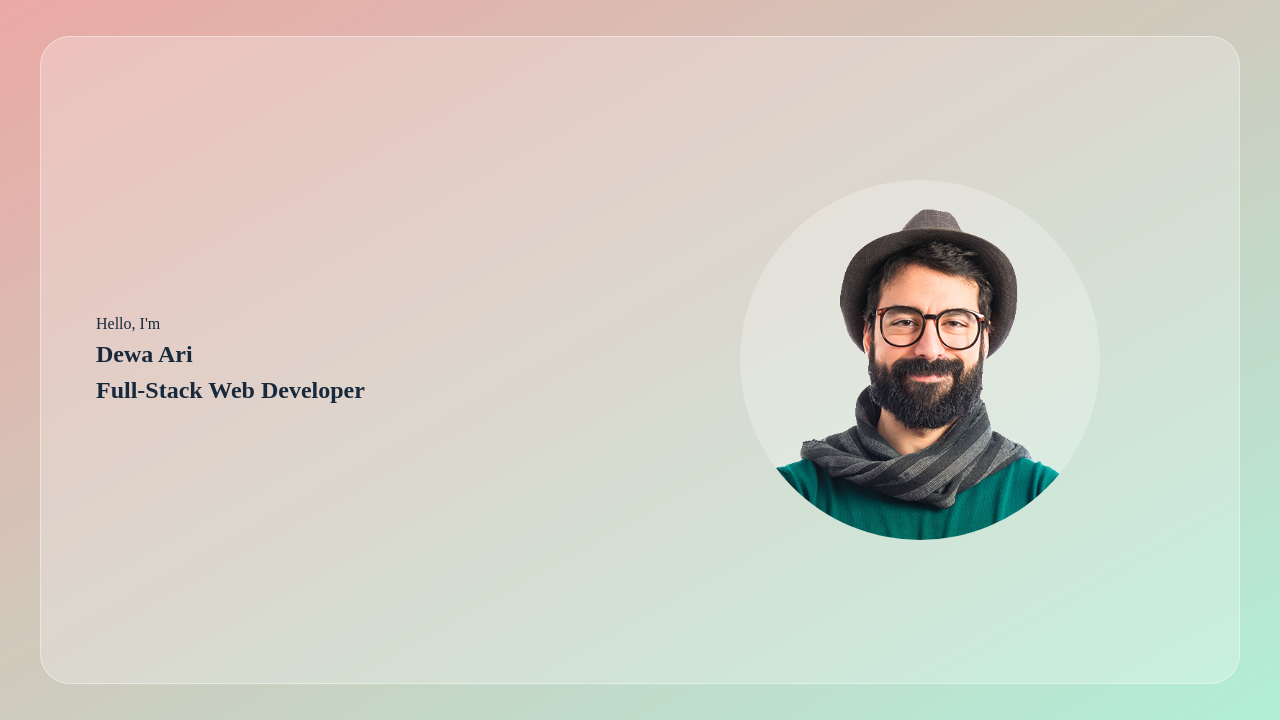
Repository: dewaary/Glassmorp-me
Page: index.html
These files come from the project's save history. The page is drawn as it stood at one moment and after the next save; the edit follows.
The browser window is 1280 px wide. The pictures show the whole page.

Above is the page before, as saved 2021-05-12 22:16:35.

### index.html
<!DOCTYPE html>
<html lang="en">
<head>
    <meta charset="UTF-8">
    <meta http-equiv="X-UA-Compatible" content="IE=edge">
    <meta name="viewport" content="width=device-width, initial-scale=1.0">
    <link rel="stylesheet" href="style.css">
    <title>Document</title>
</head>
<body>


    <div class="main">

        <section class="home-section align-items-center">
            <div class="container">
                <div class="row align-items-center">
                    <div class="home-text">
                        <p>Hello, I'm</p>
                        <h1>Dewa Ari</h1>
                        <h2>Full-Stack Web Developer</h2>
                    </div>
                    <div class="home-img">
                        <div class="img-box">
                            <img src="img/profile-img.png" alt="profile-img">
                        </div>
                    </div>
                </div>
            </div>
        </section>

    </div>

</body>
</html>

### style.css

:root{
    --main-color: #e02f6b;
    --blue: #0000ff;
    --blue-dark: #18293c;
    --orange: #ffa500;
    --green-yellow: #cddc39;
    --pink-light: #efa2b4;
    --cyan-light: #aef1ee;
    --white: #ffffff;
    --white-alpha-40: rgba(255, 255, 255, 0.40);
    --white-alpha-25: rgba(255, 255, 255, 0.25);
    --backdrop-filter-blur: blur(5px);

}

*{
    box-sizing: border-box;
    padding: 0;
    margin: 0;
    outline: none;
}

::before,
::after{
    box-sizing: border-box;
}

body {
    min-height: 100vh;
    background-image: linear-gradient(to bottom right, var(--pink-light), var(--cyan-light));
    font-size: 16px;
    color: var(--blue-dark);
    line-height: 1.5;
    overflow-x: hidden;
    -webkit-tap-highlight-color: transparent;
    padding: 5vh 15px;
}

body::before{
    content: '';
    position: fixed;
    left: 0;
    top: 0;
    height: 100%;
    width: 100%;
    background-color: var(--green-yellow);
    z-index: -1;
    opacity: 0.12;
}

img{
   max-width: 100%;
   vertical-align: middle;
}

section {
    background-color: var(--white-alpha-25);
    border: 1px solid var(--white-alpha-40);
    min-height: 90vh;
    border-radius: 30px;
}

.main{
    max-width: 1200px;
    margin: auto;
}

.row{
    display: flex;
    flex-wrap: wrap;
}

.container {
    padding: 0 40px;
    width: 100%;
}

.align-items-center{
    align-items: center;
}

/*
Home Section */

.home-section{
    display: flex;
    padding: 120px 0;
}


.home-text, .home-img{
    width: 50%;
    padding: 15px;
}

.home-img .img-box{
    max-width: 360px;
    background-color: var(--white-alpha-25);
    border-radius: 50%;
    background-color: var(--white-alpha-25);
    margin: auto;
}

.home-img .img-box img{
    width: 100%;
    border-radius: 50%;
}

After the next save:
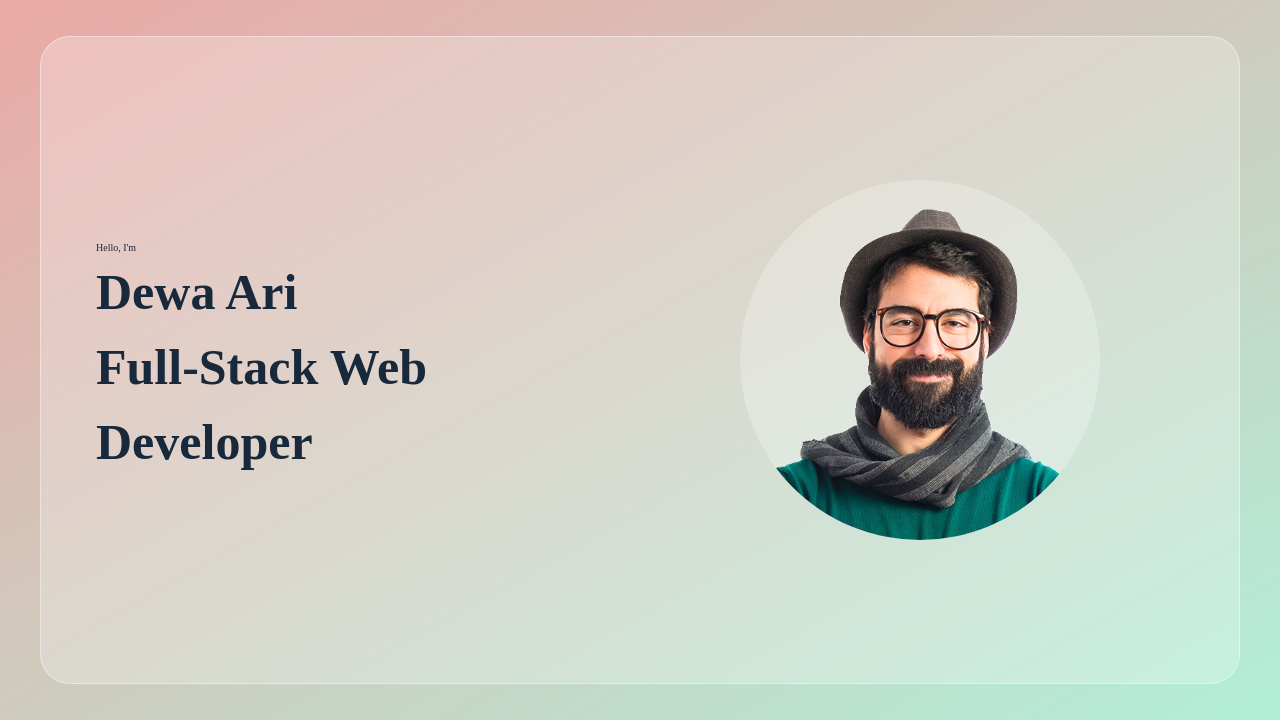
Saved 2 min 17 s later.
--- a/style.css
+++ b/style.css
@@ -94,6 +94,20 @@ Home Section */
     padding: 15px;
 }
 
+.home-text p{
+    font-size: 10px;
+}
+
+.home-text h2{
+    font-size: 50px;
+    text-transform: capitalize;
+}
+
+.home-text h1{
+    font-size: 50px;
+    text-transform: capitalize;
+}
+
 .home-img .img-box{
     max-width: 360px;
     background-color: var(--white-alpha-25);
